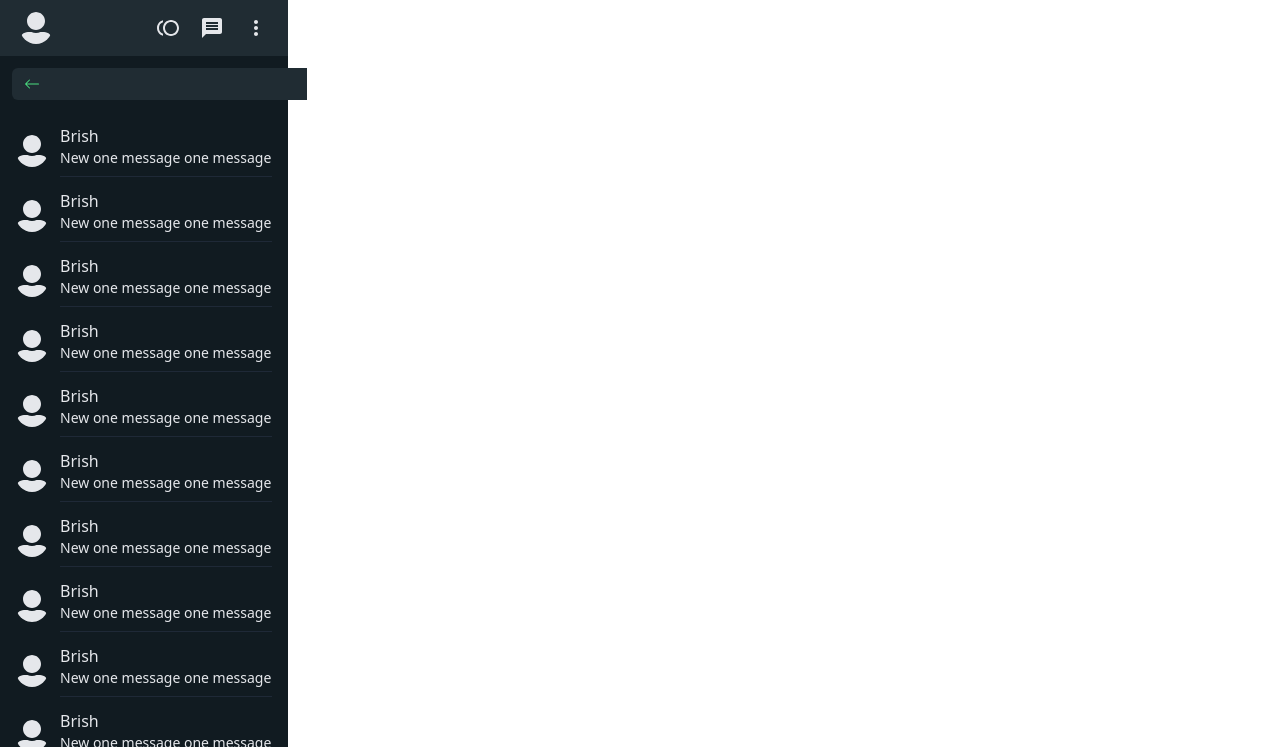
Repository: satya-ranjon/whatsapp-clone-dev
Page: /
The author's editor kept a copy of each file at every save. The page is drawn from the files as they stood at one save, then again after the next save.
The browser window is 1280 px wide. The pictures show the whole page.
The project was rebuilt for these pictures with package versions that can differ from the ones it lists, and the page was loaded fresh each time.

Above is the page before, as saved 2022-04-09 07:20:51.

After the next save:
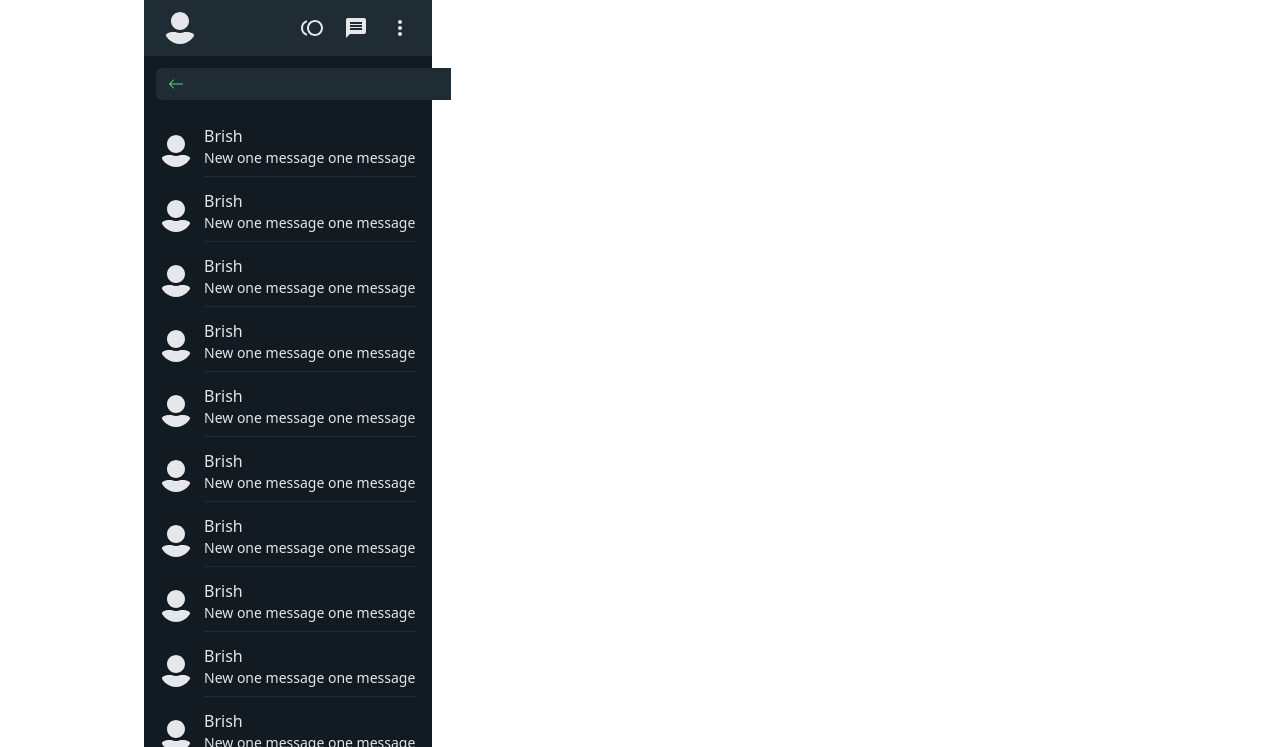
Saved 15 s later.
--- a/src/App.js
+++ b/src/App.js
@@ -2,7 +2,7 @@ import SideBar from "./Components/SideBar";
 
 function App() {
   return (
-    <div className=" lg:px-50">
+    <div className=" lg:px-36">
       <SideBar />
     </div>
   );
